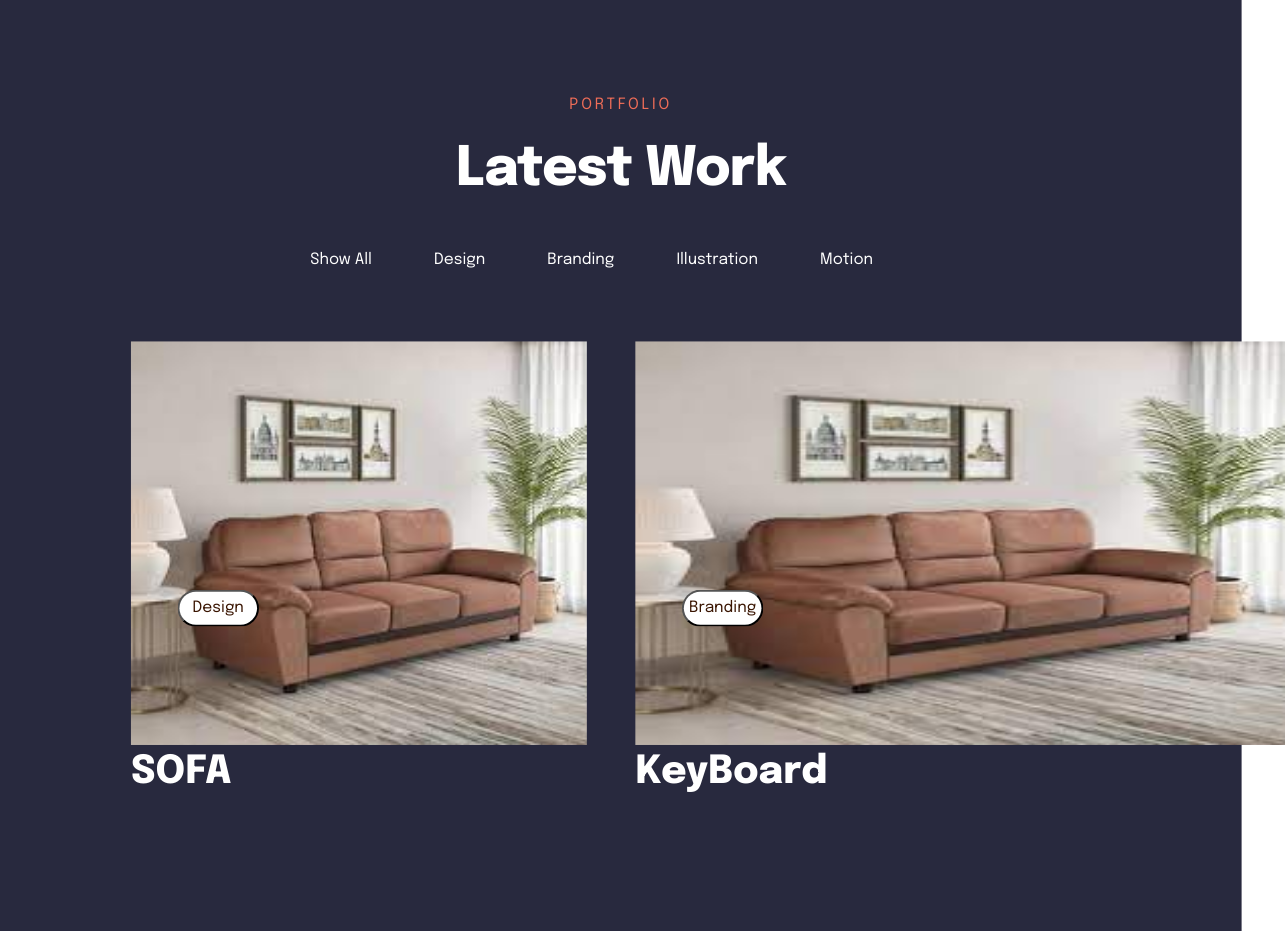
Repository: MehdiKerimov/Figma-task-13
Page: index.html
An editor plug-in stored every save of this project. The page is shown before and after the next save, followed by the edit.
The browser window is 1280 px wide. The page is 1325 px wide, so the pictures cover 1325 px, including what lies to the right of the window. The pictures show the whole page, at 97% of full size.

Above is the page before, as saved 2023-09-26 10:43:10.

### index.html
<!DOCTYPE html>
<html lang="en">
  <head>
    <meta charset="UTF-8" />
    <meta name="viewport" content="width=device-width, initial-scale=1.0" />
    <title>Document</title>
    <link rel="stylesheet" href="index.css" />
  </head>
  <body>
    <div class="container">
      <div class="text-box">
        <h1>Portfolio</h1>
        <h2>Latest Work</h2>
        <div class="collaj">
          <a href="#">Show All</a>
          <a href="#">Design</a>
          <a href="#">Branding</a>
          <a href="#">Illustration</a>
          <a href="#">Motion</a>
        </div>
      </div>
      <div class="box-container">
        <div class="box-container-1">
          <div class="box-1 box">
            <img
              src="data:[embedded picture, 10047 characters]"
              alt=""
            />

              <button><a href="#">Design</a></button>
              <h4>SOFA</h4>

          </div>

          <div class="box-2 box">
            <img
              src="data:[embedded picture, 10047 characters]"
              alt=""
            />
            <div>
              <button><a href="#">Branding</a></button>
              <h4>KeyBoard</h4>
            </div>
          </div>
        </div>
        <!-- <div class="box-container-2">
          <div class="box-3 box">
            <img
              src="data:[embedded picture, 10047 characters]"
              alt=""
            />
            <div>
              <button><a href="#">Illustration</a></button>
              <h4>Work Media</h4>
            </div>
          </div>

          <div class="box-4 box">
            <img
              src="data:[embedded picture, 10047 characters]"
              alt=""
            />
            <div>
              <button><a href="#">Motion</a></button>
              <h4>DDDone</h4>
            </div>
          </div>
        </div> -->
      </div>
    </div>
  </body>
</html>

### index.css
@import url("https://fonts.googleapis.com/css2?family=Epilogue:wght@400;800&display=swap");
* {
  padding: 0;
  margin: 0;
  box-sizing: border-box;
}
.container {
  padding: 92px 135px 192px 135px;
  min-height: 100vh;
  background: #28293e;
}
.container .text-box {
  display: flex;
  flex-direction: column;
  align-items: center;
}
.container .text-box h1 {
  color: var(--Text_Light_Accent, #ef6d58);
  text-align: center;
  font-feature-settings: "clig" off, "liga" off;
  font-family: Epilogue;
  font-size: 16px;
  font-style: normal;
  font-weight: 400;
  line-height: 32px;
  letter-spacing: 3px;
  text-transform: uppercase;
}
.container .text-box h2 {
  margin-bottom: 44px;
  margin-top: 20px;
  color: var(--Text_Light, #fff);
  text-align: center;
  font-feature-settings: "clig" off, "liga" off;
  font-family: Epilogue;
  font-size: 56px;
  font-style: normal;
  font-weight: 800;
  line-height: 64px;
  letter-spacing: -1px;
}
.container .collaj {
  margin-bottom: 68px;
}
.container .collaj a {
  text-decoration: none;
  margin-right: 60px;
  color: var(--Text_Light, #fff);
  font-feature-settings: "clig" off, "liga" off;
  font-family: Epilogue;
  font-size: 16px;
  font-style: normal;
  font-weight: 400;
  line-height: 32px;
}
.container .box-container {
}
.container .box-container .box-container-1 {
  display: flex;
}
.container .box-container .box-container-2 {
  display: flex;
  margin-right: 50px;
}
.container .box-container .box-container-1 .box-1 {
  margin-right: 50px;
}
.container .box-container .box {
    position: relative
}
.container .box-container .box-container-1 .box-1  {
    width: 470px;
    height: 416px;
  }
.container .box-container .box-container-1 .box-1 img {
  width: 470px;
  height: 416px;
}
.container .box-container .box-container-1 .box-2  {
    width: 670px;
    height: 416px;
  }
.container .box-container .box-container-1 .box-2 img {
  width: 670px;
  height: 416px;
}
.container .box-container .box button {
  width: 84px;
  height: 38px;
  border-radius: 19px;
  background: #fff;
  position: absolute;
  left: 48px;
  bottom: 122px;
}
.container .box-container .box button a {
  text-decoration: none;
  color: var(--Text_Dark, #391400);
  font-feature-settings: "clig" off, "liga" off;
  font-family: Epilogue;
  font-size: 16px;
  font-style: normal;
  font-weight: 400;
  line-height: 32px;
}
.container .box-container .box h4 {
  color: var(--Text_Light, #fff);
  font-feature-settings: "clig" off, "liga" off;
  font-family: Epilogue;
  font-size: 40px;
  font-style: normal;
  font-weight: 800;
  line-height: 48px;
  position: absolute;
}
.container .box-container .box-container-2 .box-3 img {
  width: 670px;
  height: 416px;
  margin-right: 50px;
}
.container .box-container .box-container-2 .box-4 img {
  width: 470px;
  height: 416px;
}

After the next save:
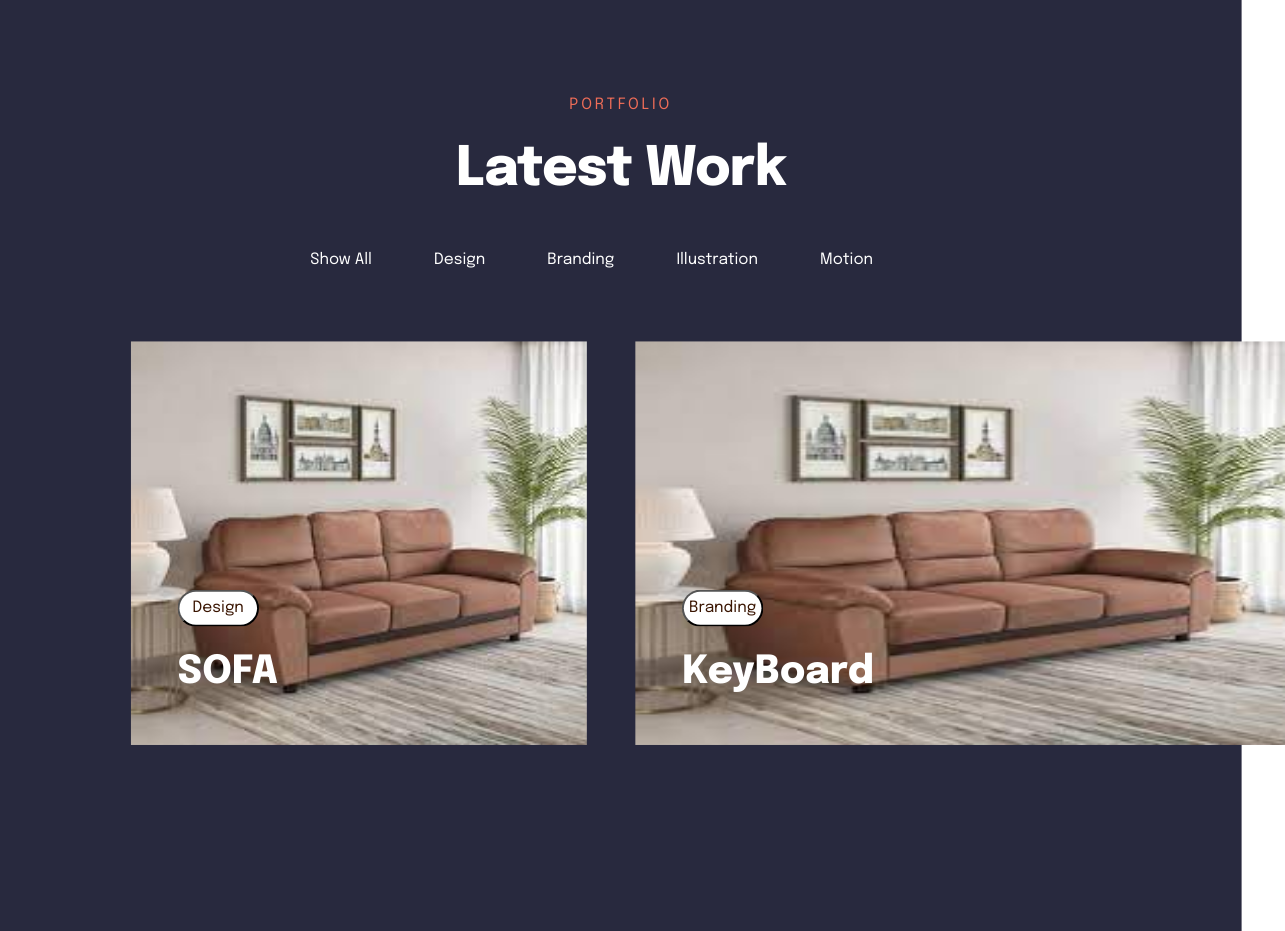
Saved 8 s later.
--- a/index.css
+++ b/index.css
@@ -112,6 +112,8 @@
   font-weight: 800;
   line-height: 48px;
   position: absolute;
+  left: 48px;
+  bottom: 51px;
 }
 .container .box-container .box-container-2 .box-3 img {
   width: 670px;
